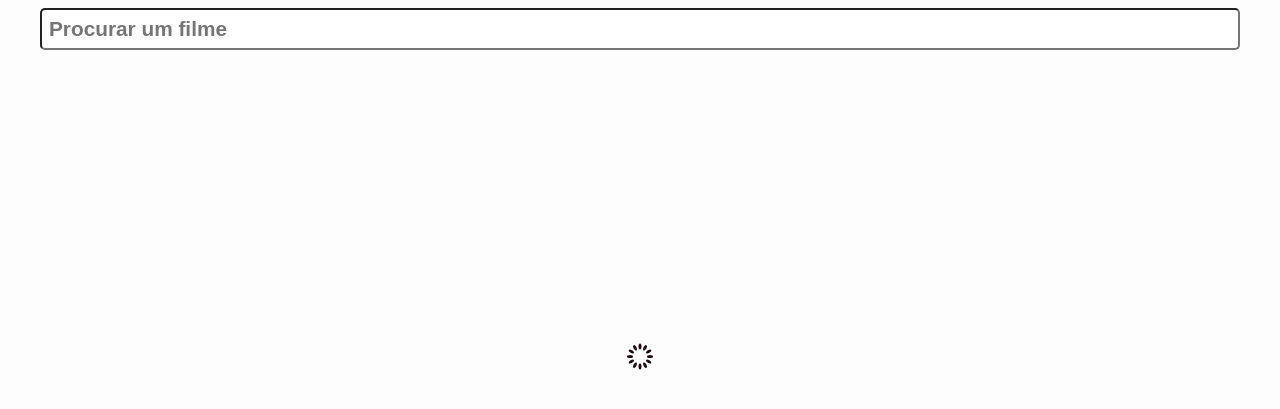
Repository: giordanobraz/agenda-edu-challenge
Page: /
The author's editor kept a copy of each file at every save. The page is drawn from the files as they stood at one save, then again after the next save.
The browser window is 1280 px wide. The pictures show the whole page.
The page's requests for data from a server got no answer. The project was rebuilt for these pictures with package versions that can differ from the ones it lists, and the page was loaded fresh each time. No one was signed in, and anything a server would have sent is missing. Also part of the build but not shown: src/components/List/MovieList.scss, src/components/Details/Details.scss, src/components/Details/Details.js, src/pages/Details/index.js.

Above is the page before, as saved 2022-05-13 17:31:59.

After the next save:
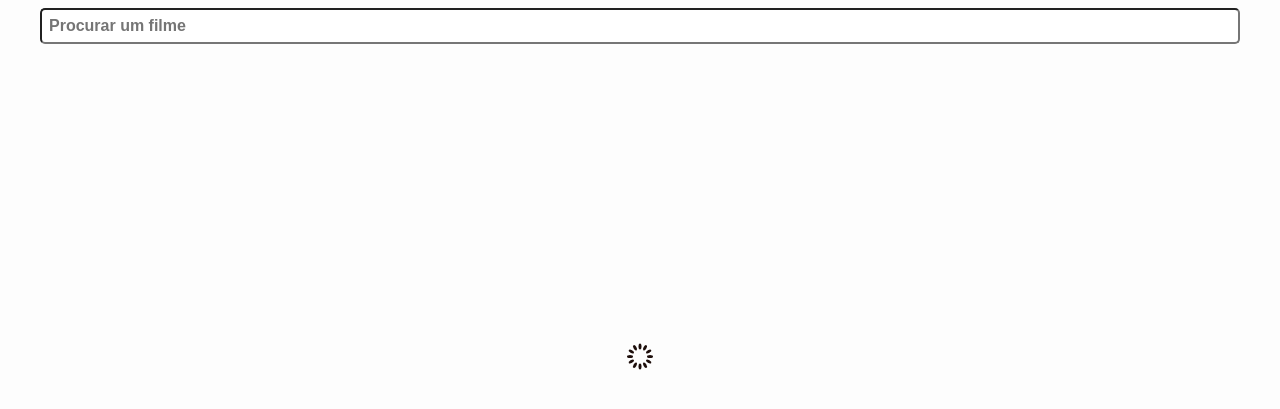
Saved 7 s later.
--- a/src/components/Search/SearchBar.scss
+++ b/src/components/Search/SearchBar.scss
@@ -6,7 +6,7 @@
   input {
     width: 100%;
     padding: 7px;
-    font-size: 1.3rem;
+    font-size: 1rem;
     color: rgb(99, 99, 99);
     box-sizing: border-box;
     outline: none;
